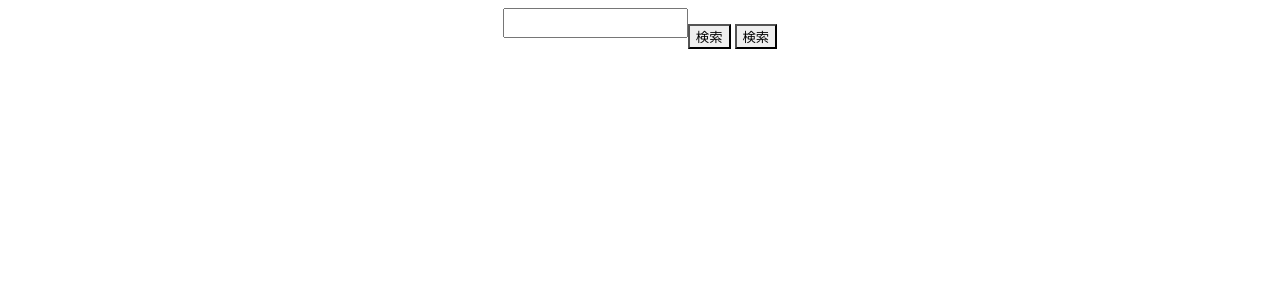
Repository: kanshu-1118/gpt-schoollife
Page: /
The author's editor kept a copy of each file at every save. The page is drawn from the files as they stood at one save, then again after a run of saves.
The browser window is 1280 px wide. The pictures show the whole page.
The page's requests for data from a server got no answer. The project was rebuilt for these pictures with package versions that can differ from the ones it lists, and the page was loaded fresh each time. The framework's server and built-in components were replaced by stand-ins that run in the browser. No one was signed in, and anything a server would have sent is missing. Also part of the build but not shown: next.config.js.

Above is the page before, as saved 2023-05-22 14:07:22.

### src/pages/_app.tsx
import type { AppProps } from 'next/app'
import "ress"

export default function App({ Component, pageProps }: AppProps) {
  return <Component {...pageProps} />
}

### src/pages/index.tsx
import { Box,Center,Flex,Input,Button,Wrap, WrapItem } from '@chakra-ui/react';
import { Inter } from 'next/font/google'
import { useEffect, useState } from 'react';


const inter = Inter({ subsets: ['latin'] })


export default function Home() {
  const [posts, setPosts] = useState([]);
  const [keyword,setKeyword] = useState("鍋")
  const [text, setText] = useState("")

  useEffect(()=>{
    const params ={
      keyword : keyword,
    }
    const query = new URLSearchParams(params)
    const fetchPosts = async()=>{
      const responce = await fetch(`/api/hello?${query}`)
      const data = await responce.json()
      setPosts(data.users.results.shop)

    }
    fetchPosts()
  },[keyword])
  const format = () =>{
    setKeyword(text)
  }
  {
      return (
        <>
          <Flex w='max' h={30} justify='center'>
            <Input type="text" variant='filled' onChange={(e)=>{setText(e.target.value)}}/>
            <Wrap spacing={4}>
              <WrapItem>
                <Button variant='solid' colorScheme='green'>検索</Button>
              </WrapItem>
              <WrapItem>
                <Button variant='solid' colorScheme='green'>検索</Button>
              </WrapItem>
            </Wrap>
          </Flex>
        </>
      )
  }
}

Loaded but not shown: src/pages/_document.tsx (common file)

After the next 2 saves:
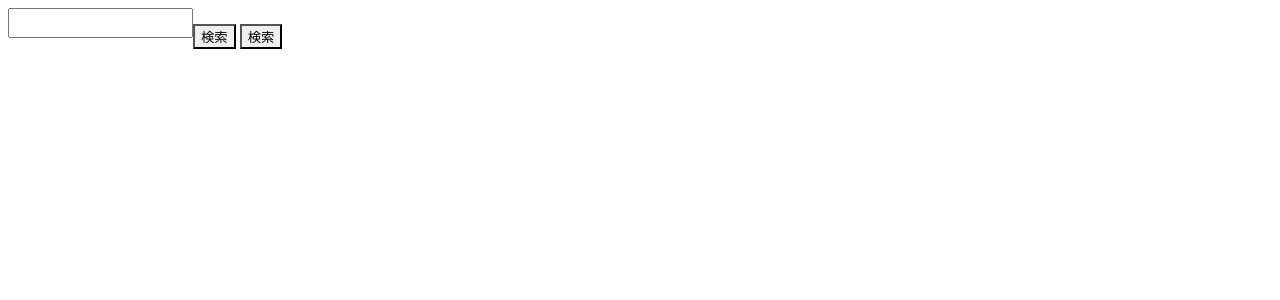
The 2 saves are shown as one change because they came seconds apart.
The last was saved 25 s later.
--- a/src/pages/index.tsx
+++ b/src/pages/index.tsx
@@ -32,7 +32,7 @@
         <>
           <Flex w='max' h={30} justify='center'>
             <Input type="text" variant='filled' onChange={(e)=>{setText(e.target.value)}}/>
-            <Wrap spacing={4}>
+            <Wrap spacing={4} width="100vw">
               <WrapItem>
                 <Button variant='solid' colorScheme='green'>検索</Button>
               </WrapItem>

After the save that followed:
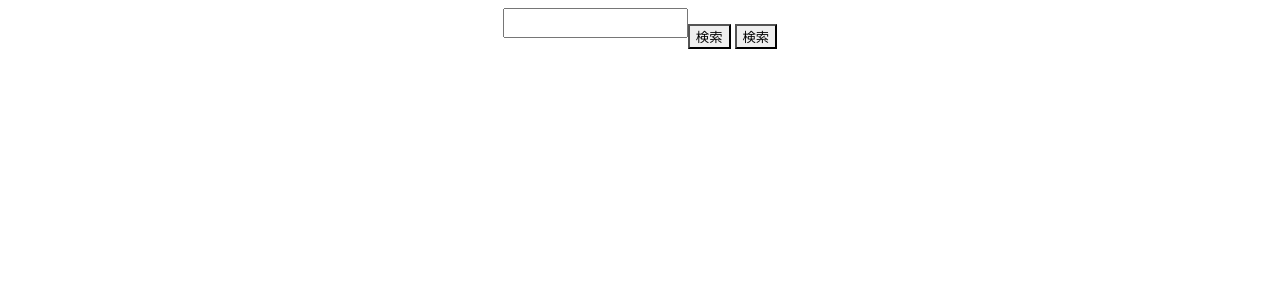
Saved 6 s later.
--- a/src/pages/index.tsx
+++ b/src/pages/index.tsx
@@ -32,7 +32,7 @@
         <>
           <Flex w='max' h={30} justify='center'>
             <Input type="text" variant='filled' onChange={(e)=>{setText(e.target.value)}}/>
-            <Wrap spacing={4} width="100vw">
+            <Wrap spacing={4}>
               <WrapItem>
                 <Button variant='solid' colorScheme='green'>検索</Button>
               </WrapItem>
